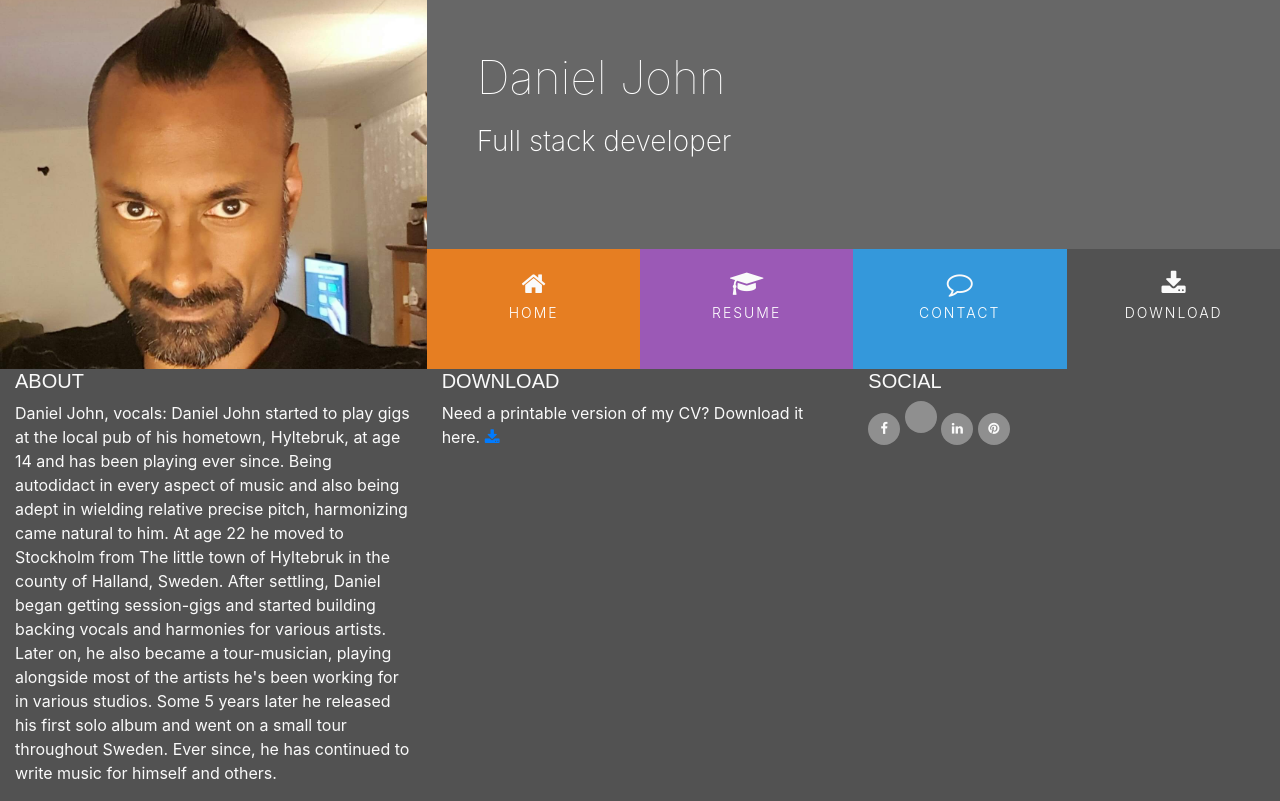
Repository: Jadehammar/initial-commit
Page: index.html
The author's editor kept a record of every edit. The page is drawn from the files as they stood at one moment, then again after the next edit.
The browser window is 1280 px wide. The pictures show the whole page.

Above is the page before.

### index.html
<!DOCTYPE html>
<html lang="en">

<head>
    <meta charset="UTF-8">
    <meta name="viewport" content="width=device-width, initial-scale=1.0">
    <meta http-equiv="X-UA-Compatible" content="ie=edge">
    <link rel="stylesheet" href="https://stackpath.bootstrapcdn.com/font-awesome/4.7.0/css/font-awesome.min.css" type="text/css" />
    <link rel="stylesheet" href="https://cdnjs.cloudflare.com/ajax/libs/hover.css/2.3.1/css/hover-min.css" type="text/css" />
    <link rel="stylesheet" href="https://stackpath.bootstrapcdn.com/bootstrap/4.3.1/css/bootstrap.min.css" type="text/css" />
    <link rel="stylesheet" href="assets/css/style.css" type="text/css" />
    <title>Daniel John</title>
</head>

<body>
    <header>
        <div class="row no-gutters">
            <a href="index.html" class="col-md-4 logo"></a>
            <div class="col-md-8">
                <div class="row no-gutters bg-color-name-title">
                    <div class="col heading">
                        <h1 class="name">Daniel John</h1>
                        <h2 class="title">Full stack developer</h2>
                    </div>
                </div>
                <div class="row no-gutters">
                    <div class="col">
                        <ul id="nav" class="list-inline menucontainer">
                            <li class="col-6 col-sm-3 ui-menue-color-home list-inline-item menueitem">
                                <a href="#" class="hvr-sweep-to-bottom"><i class="fa fa-home" aria-hidden="true"></i><span>Home</span></a>
                            </li>
                            <li class="col-6 col-sm-3 ui-menue-color-resume list-inline-item menueitem">
                                <a href="#" class="hvr-sweep-to-bottom"><i class="fa fa-graduation-cap" aria-hidden="true"></i><span>Resume</span></a>
                            </li>
                            <li class="col-6 col-sm-3 ui-menue-color-contact list-inline-item menueitem">
                                <a href="#" class="hvr-sweep-to-bottom"><i class="fa fa-comment-o" aria-hidden="true"></i><span>Contact</span></a>
                            </li>
                            <li class="col-6 col-sm-3 ui-menue-color-download list-inline-item menueitem">
                                <a href="#" class="hvr-sweep-to-bottom"><i class="fa fa-download" aria-hidden="true"></i><span>Download</span></a>
                            </li>

                        </ul>
                    </div>
                </div>
            </div>
    </header>
    <section>

    </section>
    <footer class="container-fluid">
        <div class="row">
            <div class="col-sm-4">
                <h5 class="uppercase general-sub">About</h5>
                <p class="inline-block">
                    Daniel John, vocals: Daniel John started to play gigs at the local pub of his hometown, Hyltebruk, at age 14 and has been playing ever since. Being autodidact in every aspect of music and also being adept in wielding relative precise pitch, harmonizing came natural to him. At age 22 he moved to Stockholm from The little town of Hyltebruk in the county of Halland, Sweden. After settling, Daniel began getting session-gigs and started building backing vocals and harmonies for various artists. Later on, he also became a tour-musician, playing alongside most of the artists he's been working for in various studios. Some 5 years later he released his first solo album and went on a small tour throughout Sweden. Ever since, he has continued to write music for himself and others.
                </p>
            </div>
            <div class="col-sm-4">
                <h5 class="uppercase general-sub">Download</h5>
                <p class="inline-block">
                    Need a printable version of my CV? Download it here.
                    <a href="#" taraget="_blank" class="CV-pdf">
                        <i class="fa fa-download" aria-hidden="true"></i>
                        <span class="sr-only">Download link.</span>
                    </a>
                </p>
            </div>
            <div class="col-sm-4">
                <h5 class="uppercase general-sub">social</h5>
                <ul class="list-inline social-links">
                    <li class="list-inline-item">
                        <a target="_blank" href="#">
                            <i class="fa fa-facebook" aria-hidden="true"></i>
                            <span class="sr-only">Facebook</span>
                        </a>
                    </li>
                    <li class="list-inline-item">
                        <a target="_blank" href="#">
                            <i class="fa fa-Twitter" aria-hidden="true"></i>
                            <span class="sr-only">Twitter</span>
                        </a>
                    </li>
                    <li class="list-inline-item">
                        <a target="_blank" href="#">
                            <i class="fa fa-linkedin" aria-hidden="true"></i>
                            <span class="sr-only">LinkedIn</span>
                        </a>
                    </li>
                    <li class="list-inline-item">
                        <a target="_blank" href="#">
                            <i class="fa fa-pinterest" aria-hidden="true"></i>
                            <span class="sr-only">Pinterest</span>
                        </a>
                    </li>
                </ul>
            </div>
        </div>

    </footer>

</body>

</html>

### assets/css/style.css
@import url('https://fonts.googleapis.com/css?family=Roboto:100,200,300,400,500,600,700│exo:100,200,300,400,500,600,700');

/*---------------------------------------------color-------------------------------------*/

.bg-color-name-title {
    background-color: #676767;
}

.bg-color-three-reasons {
    background-color: #fff;
}

.ui-menue-color-home {
    background-color: #e67e22;

}

.ui-menue-color-resume {
    background-color: #9b59b6;

}

.ui-menue-color-contact {
    background-color: #3498db;

}

.ui-menue-color-download {
    background-color: #525252;

}


/*---------------------------------------------Special padding/margins/text-------------------------------------*/

h1,
h2,
h3,
h4 {
    margin: 0;
}

.uppercase {
    text-transform: uppercase;
}

.general-sub {
    font-family: "Exo", sans-serif;
    font-weight: 300;
    color: #fafafa;
}

.inline-block {
    display: inline-block;
}

/*---------------------------------------------Heading-------------------------------------*/

header {
    margin: 0;
}

.heading {
    margin-left: 50px;

}

.logo {
    background: url("../images/närbild_p.jpg");
    background-position: center;
    background-repeat: no-repeat;
    background-size: cover;
    min-height: 360px;
    transition: all .75s ease-in-out;
    -moz-transition: all .75s ease-in-out;
    -webkit-transition: all .75s ease-in-out;
    -o-transition: all .75s ease-in-out;
}

.name {
    font-family: "Exo" sans-serif;
    font-weight: 100;
    font-size: 46px;
    margin-top: 50px;
    color: #fff;
}

.title {
    font-family: "Roboto" sans-serif;
    font-weight: 200;
    font-size: 28px;
    margin-top: 20px;
    margin-bottom: 90px;
    color: #fff;
}

.list-inline-item:not(:last-child) {
    margin: 0;
}

.menucontainer {
    font-size: 0;
}

#nav li {
    font-size: 14px;
    padding: 0;
}

#nav {
    margin: 0;
}

.menueitem {
    height: 120px;
    text-align: center;
    padding: 0;
}

.menueitem a {
    width: 100%;
    text-decoration: none;
    color: #fff;
    height: 120px;
}

.menueitem a i {
    padding-top: 22px;
    display: block;
    color: #fafafa;
    font-size: 26px;
}

.menueitem span {
    display: block;
    width: 100%;
    padding-top: 5px;
    text-align: center;
    text-transform: uppercase;
    font-size: 14px;
    font-weight: 300;
    letter-spacing: 2px;
}

/*---------------------------------------------Hover.css-------------------------------------*/

.hvr-sweep-to-bottom:before {
    background: rgba(0, 0, 0, 0.2);
    height: 120px;
}

/*---------------------------------------------Footer-------------------------------------*/

footer {
    background-color: #525252;
    color: #fafafa;
    min-height: 120px;
    margin: 0;
}

.cv-pdf i {
    font-size: 18px;
    color: #fafafa;
    text-align: center;
    padding-left: 5px;
    transition: all 0.35s ease-in-out;
    -moz-transition: all 0.35s ease-in-out;
    -webkit-transition: all 0.35s ease-in-out;
    -o-transition: all 0.35 ease-in-out;
}

.cv-pdf i:hover {
    color: #e84160;
}

.social-links {
    padding-bottom: 15px;
}


.social-links li a i {
    width: 32px;
    height: 32px;
    padding: 12px 0;
    border-radius: 50%;
    font-size: 13px;
    line-height: 7px;
    text-align: center;
    color: #fafafa;
    background: #8f8f8f;
    transition: all 0.35s ease-in-out;
    -moz-transition: all 0.35s ease-in-out;
    -webkit-transition: all 0.35s ease-in-out;
    -o-transition: all 0.35 ease-in-out;
}

.social-links li a i:hover {
    background: #e84610;
}

#footer-details {
    padding: 20px;
}

After the next edit:
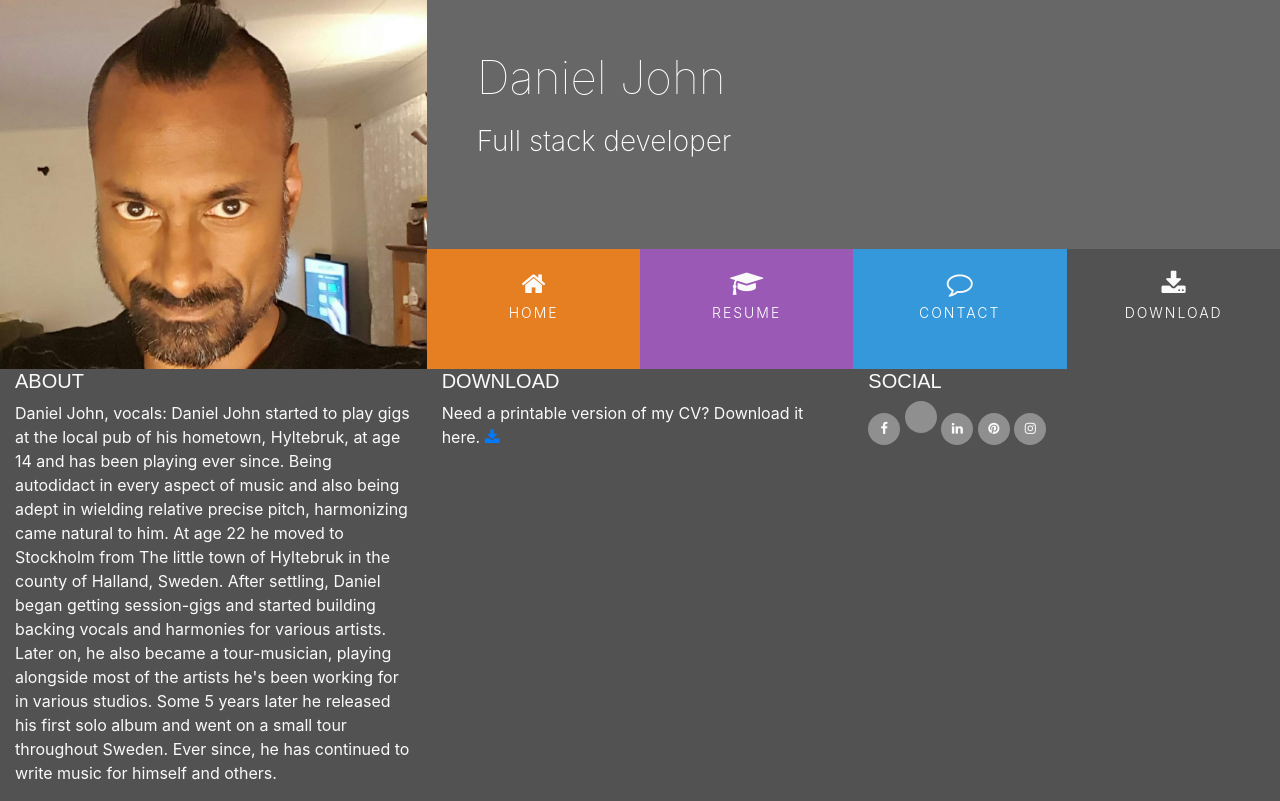
The edit:
--- a/index.html
+++ b/index.html
@@ -92,6 +92,12 @@
                             <span class="sr-only">Pinterest</span>
                         </a>
                     </li>
+                    <li class="list-inline-item">
+                        <a target="_blank" href="#">
+                            <i class="fa fa-instagram" aria-hidden="true"></i>
+                            <span class="sr-only">Instagram</span>
+                        </a>
+                    </li>
                 </ul>
             </div>
         </div>
